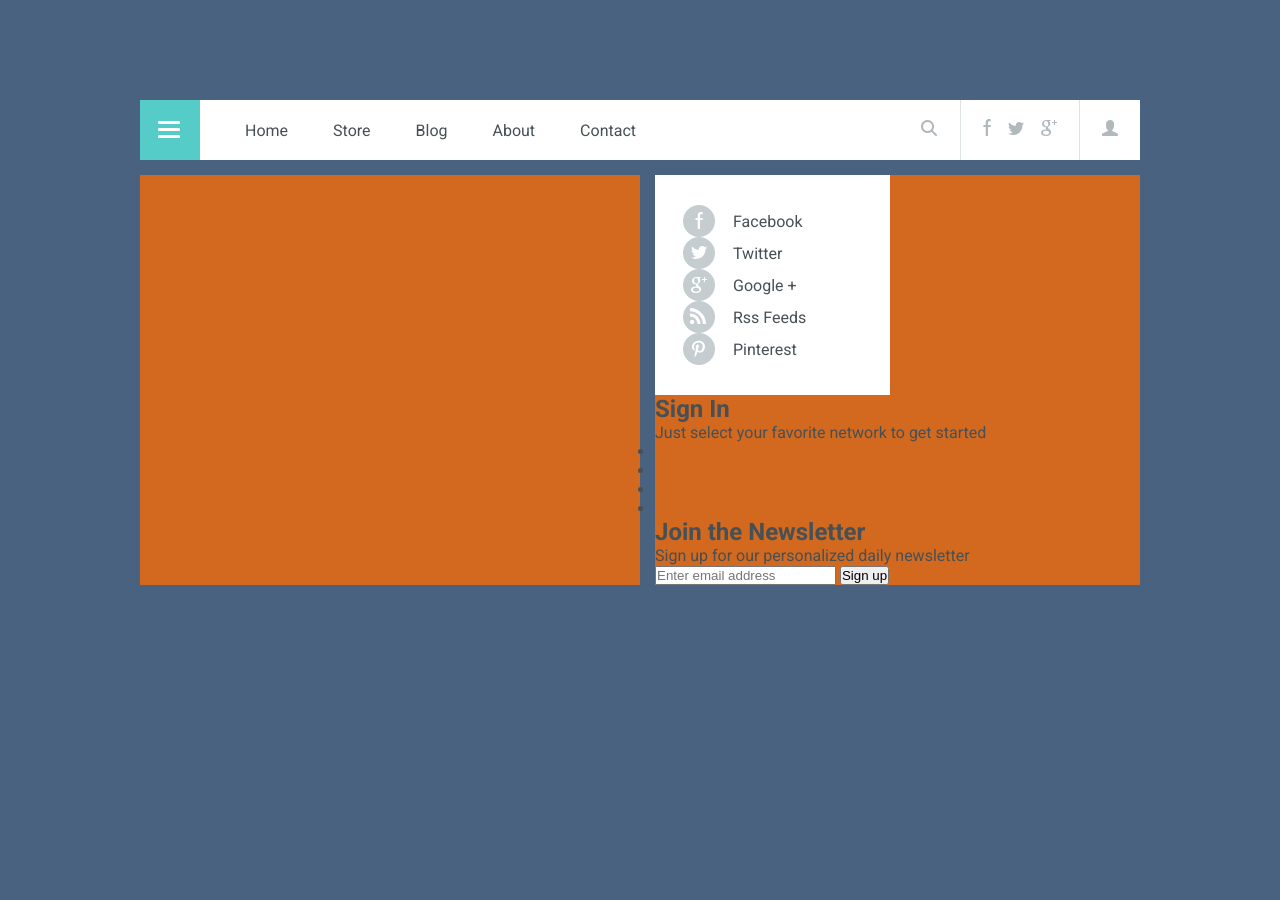
Repository: pawelczubak/WeeklyWebDevChallenge
Page: Challenge_4/index.html
These files come from the project's save history. The page is drawn as it stood at one moment and after the next save; the edit follows.
The browser window is 1280 px wide. The pictures show the whole page.
Some web libraries are served in a nearby version.

Above is the page before, as saved 2020-04-27 20:46:32.

### Challenge_4/index.html
<!DOCTYPE html>
<html lang="en">

<head>
    <meta charset="UTF-8">
    <meta name="viewport" content="width=device-width, initial-scale=1.0">

    <title>Weekly WebDev Challenge - 4</title>

    <link href="https://fonts.googleapis.com/css2?family=Roboto:wght@300;400;700&display=swap" rel="stylesheet">
    <script src="https://kit.fontawesome.com/f64caa1a2c.js" crossorigin="anonymous"></script>

    <meta name="viewport" content="width = device-width, initial-scale=1, user-scalable=yes">
    <link rel="stylesheet" href="css/main.css">
</head>

<body>
    <div class="container">
        <!--  -----  NAVIGATION START  -----  -->
        <nav class="nav">
            <div class="nav-button">

                <svg xmlns="http://www.w3.org/2000/svg" xmlns:xlink="http://www.w3.org/1999/xlink" width="0.24in"
                    height="0.18in">
                    <path fill-rule="evenodd" fill="rgb(255, 255, 255)"
                        d="M20.653,17.008 L1.347,17.008 C0.603,17.008 -0.000,16.417 -0.000,15.690 L-0.000,15.372 C-0.000,14.644 0.603,14.055 1.347,14.055 L20.653,14.055 C21.397,14.055 22.000,14.644 22.000,15.372 L22.000,15.690 C22.000,16.417 21.397,17.008 20.653,17.008 ZM20.653,9.980 L1.347,9.980 C0.603,9.980 -0.000,9.390 -0.000,8.662 L-0.000,8.344 C-0.000,7.617 0.603,7.027 1.347,7.027 L20.653,7.027 C21.397,7.027 22.000,7.617 22.000,8.344 L22.000,8.662 C22.000,9.390 21.397,9.980 20.653,9.980 ZM20.653,2.952 L1.347,2.952 C0.603,2.952 -0.000,2.362 -0.000,1.635 L-0.000,1.317 C-0.000,0.589 0.603,-0.001 1.347,-0.001 L20.653,-0.001 C21.397,-0.001 22.000,0.589 22.000,1.317 L22.000,1.635 C22.000,2.362 21.397,2.952 20.653,2.952 Z" />
                </svg>

            </div>
            <ul class="nav-list">
                <li class="nav-list__item"><a href="#" class="nav-list__link">Home</a></li>
                <li class="nav-list__item"><a href="#" class="nav-list__link">Store</a></li>
                <li class="nav-list__item"><a href="#" class="nav-list__link">Blog</a></li>
                <li class="nav-list__item"><a href="#" class="nav-list__link">About</a></li>
                <li class="nav-list__item"><a href="#" class="nav-list__link">Contact</a></li>
            </ul>
            <div class="nav-icons">
                <div class="nav-icons__search">
                    <a href="#" class="nav-link__icon">
                        <svg xmlns="http://www.w3.org/2000/svg" xmlns:xlink="http://www.w3.org/1999/xlink"
                            width="0.18in" height="0.17in">
                            <path class="nav-icons__svg" fill-rule="evenodd" fill="rgb(178, 185, 189)"
                                d="M15.728,14.309 L11.786,10.388 C12.600,9.303 13.088,7.963 13.088,6.504 C13.088,2.908 10.157,-0.006 6.541,-0.006 C2.926,-0.006 -0.005,2.908 -0.005,6.504 C-0.005,10.100 2.926,13.014 6.541,13.014 C7.963,13.014 9.275,12.558 10.349,11.793 L14.304,15.726 C14.697,16.117 15.335,16.117 15.728,15.726 C16.121,15.335 16.121,14.700 15.728,14.309 ZM6.541,11.011 C4.038,11.011 2.009,8.994 2.009,6.504 C2.009,4.015 4.038,1.996 6.541,1.996 C9.044,1.996 11.073,4.015 11.073,6.504 C11.073,8.994 9.044,11.011 6.541,11.011 Z" />
                        </svg>
                    </a>
                </div>
                <ul class="nav-icons__social-list">
                    <li class="nav-icons__social-icons">
                        <a href="#" class="nav-link__icon">
                            <svg xmlns="http://www.w3.org/2000/svg" xmlns:xlink="http://www.w3.org/1999/xlink"
                                width="0.09in" height="0.18in">
                                <path class="nav-icons__svg" fill-rule="evenodd" fill="rgb(178, 185, 189)"
                                    d="M7.672,0.063 L6.069,0.063 C6.069,0.063 2.724,-0.188 2.724,3.338 C2.724,4.092 2.724,6.011 2.724,6.011 L0.453,6.011 L0.459,7.910 L2.723,7.910 L2.725,17.002 L5.000,17.002 L5.000,7.910 L7.507,7.910 L8.042,6.011 L5.013,6.011 L5.013,3.266 C5.013,3.266 4.988,2.341 6.072,2.341 L7.662,2.341 L7.672,0.063 Z" />
                            </svg>
                        </a>
                    </li>
                    <li class="nav-icons__social-icons">
                        <a href="#" class="nav-link__icon">
                            <svg xmlns="http://www.w3.org/2000/svg" xmlns:xlink="http://www.w3.org/1999/xlink"
                                width="0.17in" height="0.14in">
                                <path class="nav-icons__svg" fill-rule="evenodd" fill="rgb(178, 185, 189)"
                                    d="M16.027,1.547 C15.437,1.809 14.803,1.985 14.138,2.065 C14.817,1.659 15.338,1.015 15.584,0.250 C14.949,0.625 14.245,0.898 13.497,1.046 C12.897,0.408 12.043,0.009 11.097,0.009 C9.282,0.009 7.810,1.478 7.810,3.291 C7.810,3.547 7.839,3.799 7.895,4.039 C5.163,3.901 2.741,2.595 1.119,0.611 C0.837,1.095 0.674,1.658 0.674,2.259 C0.674,3.398 1.255,4.402 2.137,4.990 C1.598,4.974 1.091,4.825 0.648,4.579 C0.647,4.593 0.647,4.606 0.647,4.621 C0.647,6.211 1.781,7.537 3.285,7.838 C3.009,7.913 2.718,7.953 2.418,7.953 C2.207,7.953 2.000,7.933 1.800,7.894 C2.218,9.198 3.432,10.147 4.871,10.172 C3.746,11.053 2.328,11.578 0.788,11.578 C0.523,11.578 0.261,11.562 0.004,11.531 C1.459,12.462 3.187,13.006 5.043,13.006 C11.089,13.006 14.395,8.006 14.395,3.671 C14.395,3.529 14.393,3.387 14.387,3.246 C15.029,2.783 15.586,2.206 16.027,1.547 Z" />
                            </svg>
                        </a>
                    </li>
                    <li class="nav-icons__social-icons">
                        <a href="#" class="nav-link__icon">
                            <svg xmlns="http://www.w3.org/2000/svg" xmlns:xlink="http://www.w3.org/1999/xlink"
                                width="0.18in" height="0.18in">
                                <path class="nav-icons__svg" fill-rule="evenodd" fill="rgb(178, 185, 189)"
                                    d="M15.006,4.015 L15.006,5.999 L13.966,5.999 L13.966,4.015 L11.997,4.015 L11.997,3.013 L13.966,3.013 L13.966,0.971 L15.006,0.971 L15.006,3.013 L17.010,3.013 L17.010,4.015 L15.006,4.015 ZM8.900,2.055 C9.780,2.557 10.247,3.589 10.247,4.730 C10.247,5.777 9.666,6.620 8.845,7.259 C8.043,7.884 7.891,8.145 7.891,8.676 C7.891,9.129 8.849,9.803 9.290,10.132 C10.823,11.279 11.112,12.000 11.134,13.433 C11.162,15.338 9.199,17.001 6.054,17.001 C3.294,17.001 0.982,15.749 0.982,13.959 C0.982,11.258 2.897,10.385 5.657,10.385 C5.958,10.385 6.233,10.377 6.518,10.377 C6.141,10.013 5.836,9.697 5.836,9.144 C5.836,8.815 5.940,8.501 6.087,8.221 C5.938,8.231 5.785,8.241 5.627,8.241 C3.360,8.241 2.041,6.653 2.041,4.664 C2.041,2.715 4.050,0.969 6.459,0.969 C7.701,0.969 11.208,0.969 11.208,0.969 L10.147,2.055 L8.900,2.055 ZM6.121,11.642 C4.364,11.642 2.912,12.300 2.912,13.538 C2.912,14.799 4.207,15.828 5.999,15.828 C8.520,15.828 9.398,14.865 9.398,13.601 C9.398,13.449 9.394,13.295 9.341,13.156 C8.733,11.642 6.774,11.642 6.121,11.642 ZM8.249,4.923 C8.040,3.342 7.249,2.152 6.035,2.115 C4.820,2.079 3.755,3.182 3.966,4.764 C4.175,6.348 5.330,7.409 6.545,7.446 C7.760,7.481 8.458,6.507 8.249,4.923 Z" />
                            </svg>
                        </a>
                    </li>
                </ul>
                <div class="nav-icons__acount">
                    <a href="#" class="nav-link__icon">
                        <svg xmlns="http://www.w3.org/2000/svg" xmlns:xlink="http://www.w3.org/1999/xlink"
                            width="0.182in" height="0.18in">
                            <path class="nav-icons__svg" fill-rule="evenodd" fill="rgb(178, 185, 189)"
                                d="M15.993,17.030 L1.963,17.030 C1.394,17.030 0.932,16.569 0.932,15.999 L0.932,15.405 C0.932,14.535 1.963,14.374 1.963,14.374 L7.322,11.719 C5.880,10.561 5.056,8.283 5.056,7.156 L5.056,4.578 C5.056,2.871 6.903,0.969 9.181,0.969 C11.459,0.969 13.024,2.871 13.024,4.578 L13.024,7.156 C13.024,8.394 12.208,10.604 10.779,11.729 L15.993,14.374 C15.993,14.374 17.024,14.551 17.024,15.405 L17.024,15.999 C17.024,16.569 16.562,17.030 15.993,17.030 Z" />
                        </svg>
                    </a>
                </div>
            </div>
        </nav>

        <!--  -----  NAVIGATION END  -----  -->

        <!--  -----  MAIN START  -----  -->
        <main class="main">
            <!--  -----  MENU SECTION START  -----  -->
            <section class="menu-section"></section>
            <!--  -----  MENU SECTION END  -----  -->

            <!--  -----  SOCIAL SECTION START  -----  -->
            <section class="social-section">
                <article class="social-section__socials-container">
                    <ul class="socials-container__socials-list">
                        <li class="socials-container__socials-items">
                            <a href="#" class="socials-container__socials-link">
                                <div class="social-link__icon">
                                    <svg xmlns="http://www.w3.org/2000/svg" xmlns:xlink="http://www.w3.org/1999/xlink"
                                        width="0.09in" height="0.18in">
                                        <path class="nav-icons__svg" fill-rule="evenodd" fill="rgb(255, 255, 255)"
                                            d="M7.672,0.063 L6.069,0.063 C6.069,0.063 2.724,-0.188 2.724,3.338 C2.724,4.092 2.724,6.011 2.724,6.011 L0.453,6.011 L0.459,7.910 L2.723,7.910 L2.725,17.002 L5.000,17.002 L5.000,7.910 L7.507,7.910 L8.042,6.011 L5.013,6.011 L5.013,3.266 C5.013,3.266 4.988,2.341 6.072,2.341 L7.662,2.341 L7.672,0.063 Z" />
                                    </svg>
                                </div>
                                <p>Facebook</p>
                            </a>
                        </li>
                        <li class="socials-container__socials-items">
                            <a href="#" class="socials-container__socials-link">
                                <div class="social-link__icon">
                                    <svg xmlns="http://www.w3.org/2000/svg" xmlns:xlink="http://www.w3.org/1999/xlink"
                                        width="0.17in" height="0.14in">
                                        <path class="nav-icons__svg" fill-rule="evenodd" fill="rgb(255, 255, 255)"
                                            d="M16.027,1.547 C15.437,1.809 14.803,1.985 14.138,2.065 C14.817,1.659 15.338,1.015 15.584,0.250 C14.949,0.625 14.245,0.898 13.497,1.046 C12.897,0.408 12.043,0.009 11.097,0.009 C9.282,0.009 7.810,1.478 7.810,3.291 C7.810,3.547 7.839,3.799 7.895,4.039 C5.163,3.901 2.741,2.595 1.119,0.611 C0.837,1.095 0.674,1.658 0.674,2.259 C0.674,3.398 1.255,4.402 2.137,4.990 C1.598,4.974 1.091,4.825 0.648,4.579 C0.647,4.593 0.647,4.606 0.647,4.621 C0.647,6.211 1.781,7.537 3.285,7.838 C3.009,7.913 2.718,7.953 2.418,7.953 C2.207,7.953 2.000,7.933 1.800,7.894 C2.218,9.198 3.432,10.147 4.871,10.172 C3.746,11.053 2.328,11.578 0.788,11.578 C0.523,11.578 0.261,11.562 0.004,11.531 C1.459,12.462 3.187,13.006 5.043,13.006 C11.089,13.006 14.395,8.006 14.395,3.671 C14.395,3.529 14.393,3.387 14.387,3.246 C15.029,2.783 15.586,2.206 16.027,1.547 Z" />
                                    </svg>
                                </div>
                                <p>Twitter</p>
                            </a>
                        </li>
                        <li class="socials-container__socials-items">
                            <a href="#" class="socials-container__socials-link">
                                <div class="social-link__icon">
                                    <svg xmlns="http://www.w3.org/2000/svg" xmlns:xlink="http://www.w3.org/1999/xlink"
                                        width="0.18in" height="0.18in">
                                        <path class="nav-icons__svg" fill-rule="evenodd" fill="rgb(255, 255, 255)"
                                            d="M15.006,4.015 L15.006,5.999 L13.966,5.999 L13.966,4.015 L11.997,4.015 L11.997,3.013 L13.966,3.013 L13.966,0.971 L15.006,0.971 L15.006,3.013 L17.010,3.013 L17.010,4.015 L15.006,4.015 ZM8.900,2.055 C9.780,2.557 10.247,3.589 10.247,4.730 C10.247,5.777 9.666,6.620 8.845,7.259 C8.043,7.884 7.891,8.145 7.891,8.676 C7.891,9.129 8.849,9.803 9.290,10.132 C10.823,11.279 11.112,12.000 11.134,13.433 C11.162,15.338 9.199,17.001 6.054,17.001 C3.294,17.001 0.982,15.749 0.982,13.959 C0.982,11.258 2.897,10.385 5.657,10.385 C5.958,10.385 6.233,10.377 6.518,10.377 C6.141,10.013 5.836,9.697 5.836,9.144 C5.836,8.815 5.940,8.501 6.087,8.221 C5.938,8.231 5.785,8.241 5.627,8.241 C3.360,8.241 2.041,6.653 2.041,4.664 C2.041,2.715 4.050,0.969 6.459,0.969 C7.701,0.969 11.208,0.969 11.208,0.969 L10.147,2.055 L8.900,2.055 ZM6.121,11.642 C4.364,11.642 2.912,12.300 2.912,13.538 C2.912,14.799 4.207,15.828 5.999,15.828 C8.520,15.828 9.398,14.865 9.398,13.601 C9.398,13.449 9.394,13.295 9.341,13.156 C8.733,11.642 6.774,11.642 6.121,11.642 ZM8.249,4.923 C8.040,3.342 7.249,2.152 6.035,2.115 C4.820,2.079 3.755,3.182 3.966,4.764 C4.175,6.348 5.330,7.409 6.545,7.446 C7.760,7.481 8.458,6.507 8.249,4.923 Z" />
                                    </svg>
                                </div>
                                <p>Google +</p>
                            </a>
                        </li>
                        <li class="socials-container__socials-items">
                            <a href="#" class="socials-container__socials-link">
                                <div class="social-link__icon"><svg xmlns="http://www.w3.org/2000/svg"
                                        xmlns:xlink="http://www.w3.org/1999/xlink" width="0.18in" height="0.18in">
                                        <path fill-rule="evenodd" fill="rgb(255, 255, 255)"
                                            d="M12.940,16.102 C12.940,8.949 7.135,3.128 -0.000,3.128 L-0.000,0.051 C8.836,0.051 16.025,7.252 16.025,16.102 L12.940,16.102 ZM10.576,16.098 L7.491,16.098 C7.491,14.088 6.710,12.199 5.293,10.781 C3.879,9.362 1.997,8.582 -0.005,8.582 L-0.005,5.506 C5.829,5.506 10.576,10.258 10.576,16.098 ZM2.129,11.823 C3.310,11.823 4.267,12.775 4.267,13.953 C4.267,15.131 3.310,16.084 2.129,16.084 C0.949,16.084 -0.007,15.131 -0.007,13.953 C-0.007,12.775 0.949,11.823 2.129,11.823 Z" />
                                    </svg></div>
                                <p>Rss Feeds</p>
                            </a>
                        </li>
                        <li class="socials-container__socials-items">
                            <a href="#" class="socials-container__socials-link">
                                <div class="social-link__icon"><svg xmlns="http://www.w3.org/2000/svg"
                                        xmlns:xlink="http://www.w3.org/1999/xlink" width="0.14in" height="0.18in">
                                        <path fill-rule="evenodd" fill="rgb(255, 255, 255)"
                                            d="M7.792,12.696 C6.752,12.696 5.774,12.146 5.440,11.519 C5.440,11.519 4.880,13.696 4.763,14.116 C4.345,15.602 3.119,17.088 3.025,17.208 C2.958,17.293 2.811,17.267 2.796,17.154 C2.769,16.966 2.456,15.092 2.824,13.563 C3.009,12.796 4.063,8.414 4.063,8.414 C4.063,8.414 3.755,7.812 3.755,6.920 C3.755,5.518 4.583,4.474 5.613,4.474 C6.489,4.474 6.910,5.119 6.910,5.892 C6.910,6.755 6.350,8.049 6.061,9.246 C5.819,10.248 6.572,11.065 7.580,11.065 C9.404,11.065 10.633,8.766 10.633,6.041 C10.633,3.970 9.212,2.420 6.627,2.420 C3.707,2.420 1.887,4.558 1.887,6.946 C1.887,7.770 2.135,8.350 2.522,8.798 C2.701,9.005 2.725,9.089 2.661,9.326 C2.614,9.499 2.509,9.918 2.464,10.083 C2.401,10.324 2.202,10.409 1.982,10.320 C0.637,9.782 0.011,8.336 0.011,6.709 C0.011,4.026 2.317,0.807 6.892,0.807 C10.567,0.807 12.986,3.418 12.986,6.221 C12.986,9.926 10.886,12.696 7.792,12.696 Z" />
                                    </svg></div>
                                <p>Pinterest</p>
                            </a>
                        </li>
                    </ul>
                    <div class="socials-container__follow-items">
                        <div class="socials-container__facebook-widget"></div>
                        <div class="socials-container__twitter-widget"></div>
                    </div>
                </article>
                <article class="social-section__sign-in">
                    <h2 class="socials-container__header">Sign In</h2>
                    <p class="sign-in__paragraph">Just select your favorite network to get started</p>
                    <ul class="sign-in__list">
                        <li class="sign-in__item"><a href="#" class="sign-in__link"></a></li>
                        <li class="sign-in__item"><a href="#" class="sign-in__link"></a></li>
                        <li class="sign-in__item"><a href="#" class="sign-in__link"></a></li>
                        <li class="sign-in__item"><a href="#" class="sign-in__link"></a></li>
                    </ul>
                </article>
                <article class="social-section__newsletter">
                    <h2 class="socials-container__header">Join the Newsletter</h2>
                    <p class="newsletter__paragraph">Sign up for our personalized daily newsletter</p>
                    <form action="GET" class="newsletter__form">
                        <input placeholder="Enter email address" type="email" name="email" required
                            class="newsletter__input" autocomplete="off" />
                        <button class="newsletter__button" formenctype="multipart/form-data" type="submit">Sign
                            up</button>
                    </form>
                </article>
            </section>
            <!--  -----  SOCIAL SECTION END  -----  -->
        </main>
        <!--  -----  MAIN END  -----  -->


    </div>

    <script src="js/main.js" type="text/javascript"></script>
</body>

</html>

### Challenge_4/css/main.css
*,
*::after,
*::before {
    box-sizing: border-box;
    margin: 0;
    padding: 0;
}

/*------------------  GLOBAL START  ------------------*/
body {
    margin: 0;
    padding: 0;
    font: 16px 'Roboto', sans-serif;
    color: #475055;
    background-color: #49627f;
}

.container {
    max-width: 1000px;
    min-height: 700px;
    margin: 100px auto;
    overflow: hidden;
}

/*------------------  GLOBAL END  ------------------*/
/*------------------  NAV START  ------------------*/
.nav {
    position: relative;
    display: flex;
    justify-content: left;
    width: 100%;
    height: 60px;
    background-color: #ffffff;
    margin-bottom: 15px;
}

.nav-button {
    display: flex;
    align-items: center;
    justify-content: center;
    background-color: #56ccc8;
    width: 60px;
    cursor: pointer;
    pointer-events: none;
}

.nav-button:hover {
    background-color: #56ddd8;
}

.nav-list {
    display: flex;
    list-style: none;

}

.nav-list__item {
    padding-left: 45px;
    display: flex;
    align-items: center
}

.nav-list__link {
    text-decoration: none;
    color: #475055;
}

.nav-list__link:hover {
    color: #56ccc8;
}

.nav-icons {
    display: flex;
    align-items: center;
    margin-left: auto;
}

.nav-icons__search {
    width: 60px;
    display: flex;
    justify-content: center;
}

.nav-link__icon {}

.nav-icons__social-list {
    position: relative;
    display: flex;
    height: 100%;
    justify-content: space-around;
    align-items: center;
    width: 120px;
    padding: 0 15px;
}

.nav-icons__social-list::before,
.nav-icons__social-list::after {
    position: absolute;
    content: '';
    top: 0;
    height: 100%;
    width: 1px;
    background-color: #dde2e4;
}

.nav-icons__social-list::after {
    left: 0;
}

.nav-icons__social-list::before {
    right: 0;
}

.nav-icons__social-icons {
    list-style: none;
}

.nav-icons__acount {
    width: 60px;
    display: flex;
    justify-content: center;
}

.nav-link__icon:hover .nav-icons__svg {
    fill: #152840;
}

/*------------------  NAV END  ------------------*/
/*------------------  MAIN START  ------------------*/
.main {
    display: flex;
    width: 100%;
}

/*------------------  MENU SECTION START  ------------------*/
.menu-section {
    width: 50%;
    /*    !!!!!!!!!!  ONLY FOR TEST !!!!!! */
    min-heignt: 500px;
    background-color: chocolate;
}

/*------------------  MENU SECTION END  ------------------*/
/*------------------  SOCIAL SECTION START  ------------------*/
.social-section {
    width: calc(50% - 15px);
    margin-left: 15px;

    background-color: chocolate;

}

.social-section__socials-container {
    display: flex;
    justify-content: space-between;
    width: 100%;
}

.socials-container__socials-list {
    display: flex;
    flex-direction: column;
    justify-content: space-between;
    list-style: none;
    width: calc(50% - 7.5px);
    background-color: #ffffff;
    padding: 30px 0 30px 28px;

}

.socials-container__socials-items {}

.social-link__icon {
    display: flex;
    justify-content: center;
    align-items: center;
    height: 32px;
    width: 32px;
    background-color: #c5cdd1;
    border-radius: 50%;
    margin: 0 18px 0 0;
}

.socials-container__socials-link {
    display: flex;
    align-items: center;
    text-decoration: none;
    color: #475055;

}

.socials-container__socials-link:hover {
    color: #4fc6f8;
}

.socials-container__socials-link:hover .social-link__icon {
    background-color: #4fc6f8;
}

.socials-container__follow-items {
    width: calc(50% - 7.5px);
}

/*------------------  SOCIAL SECTION END  ------------------*/

/*------------------  MAIN END  ------------------*/

/*------------------  MEDIAQUERY START  ------------------*/

@media screen and (max-width: 1024px) {
    .container {
        max-width: 95%;
    }
}

@media screen and (max-width: 800px) {
    .container {
        margin: 15px auto;
    }

    /*------------------  NAV START  ------------------*/
    .nav-button {
        pointer-events: all;
    }

    .nav-list {
        position: absolute;
        flex-direction: column;
        background-color: #ffffff;
        width: 50%;
        top: 60px;
        left: 0;
        height: 500px;
        justify-content: space-around;
        align-items: center;
        transform: translateX(-101%);
        transition: all 0.2s ease-in;
    }

    .nav-list__item {
        opacity: 0;
        padding: 0;
    }

    /*------------------  NAV END  ------------------*/
}

.nav-list--active {
    transform: translateX(0%);
}

/*------------------  MEDIAQUERY END  ------------------*/

/*------------------  ANIMATIONS  ------------------*/
@keyframes navLinkFade {
    from {
        opacity: 0;
        transform: translateX(-50px);
    }

    to {
        opacity: 1;
        transform: translateX(0px);
    }
}

### Challenge_4/js/main.js
const navSlide = () => {
    const burger = document.querySelector('.nav-button');
    const nav = document.querySelector('.nav-list');
    const navLinks = document.querySelectorAll('.nav-list__item');



    burger.addEventListener('click', () => {
        //Toggle nav
        nav.classList.toggle('nav-list--active');

        //Animate links
        navLinks.forEach((link, index) => {
            if (link.style.animation) {
                link.style.animation = ''
            } else {
                link.style.animation = `navLinkFade 0.5s ease forwards ${index / 7 + 0.2}s`;
            }

        });
    });


}

navSlide();

After the next save:
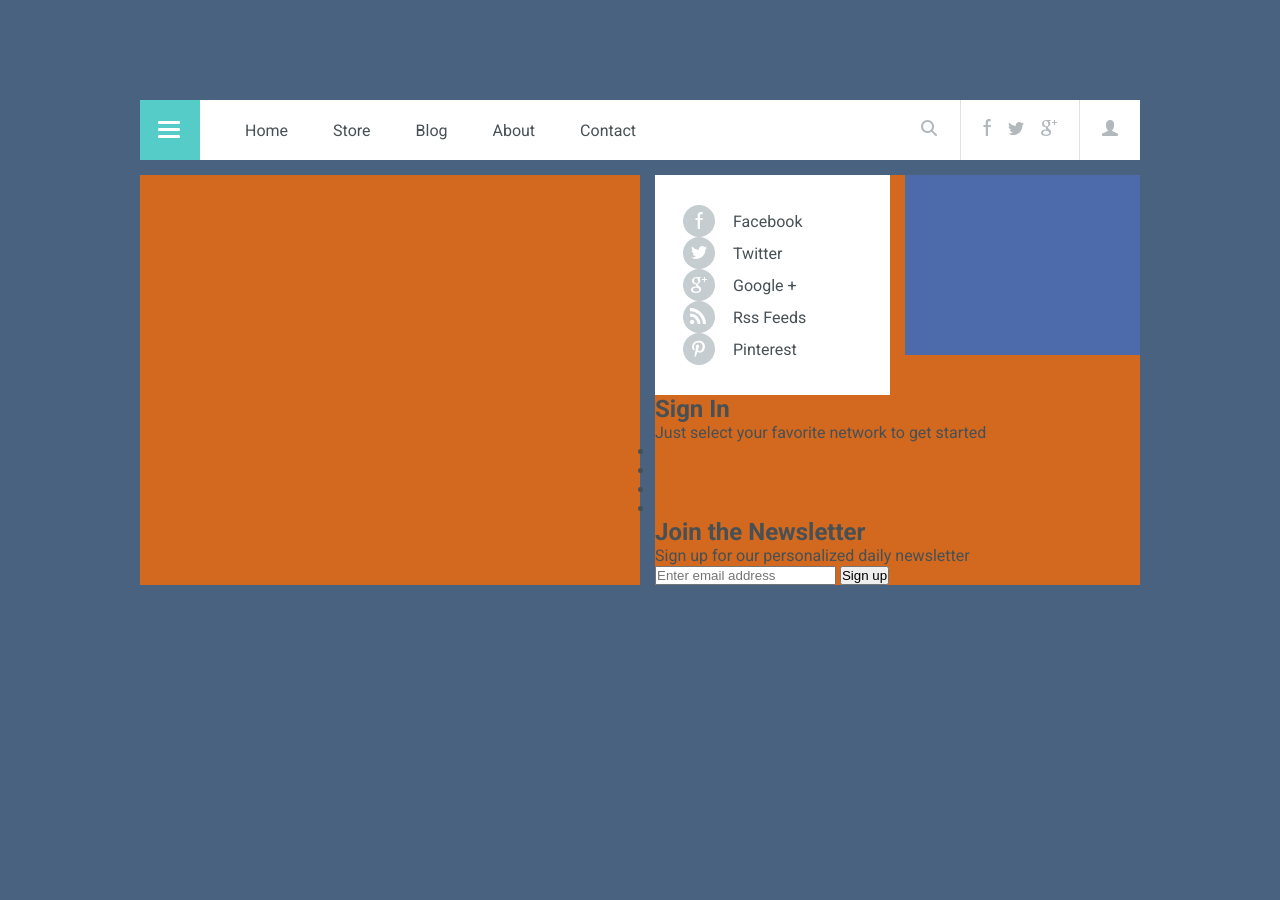
Saved 3 min 2 s later.
--- a/Challenge_4/css/main.css
+++ b/Challenge_4/css/main.css
@@ -198,6 +198,11 @@ body {
 
 .socials-container__follow-items {
     width: calc(50% - 7.5px);
+}
+
+.socials-container__facebook-widget {
+    height: 180px;
+    background-color: #4d6baa;
 }
 
 /*------------------  SOCIAL SECTION END  ------------------*/
